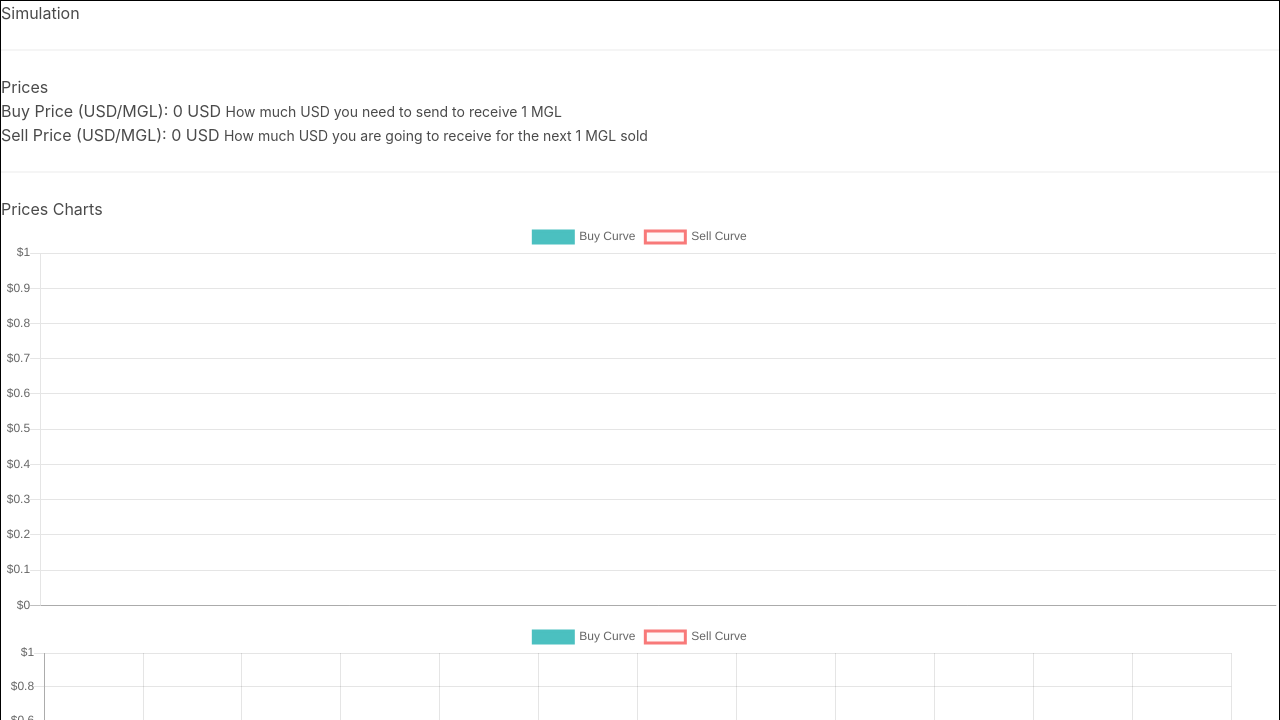
Repository: Fletch153/mogul-simulator
Page: /
The author's editor kept a copy of each file at every save. The page is drawn from the files as they stood at one save, then again after the next save.
The browser window is 1280 px wide. The pictures show the whole page.
The project was rebuilt for these pictures with package versions that can differ from the ones it lists, and the page was loaded fresh each time.

Above is the page before, as saved 2019-11-27 11:03:24.

After the next save:
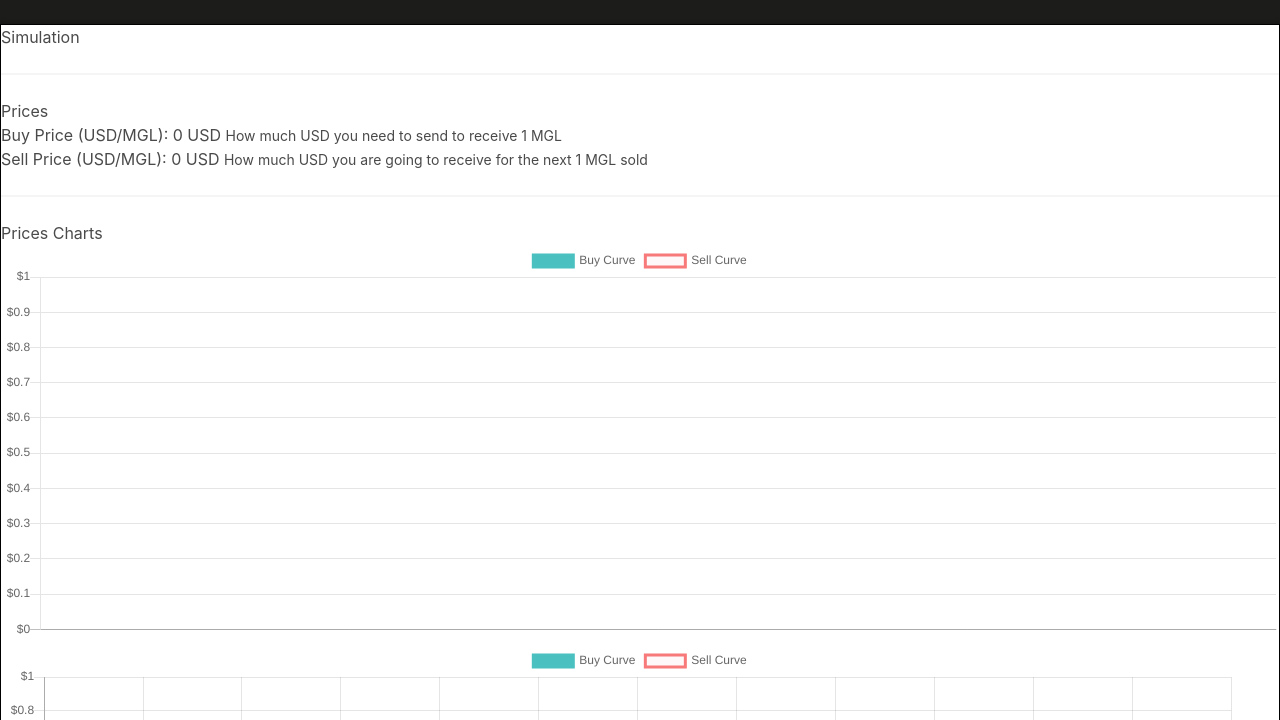
Saved 64 s later.
--- a/src/components/Simulator.vue
+++ b/src/components/Simulator.vue
@@ -1,5 +1,13 @@
 <template>
   <div class="mogul-corg">
+    <header class="level">
+      <div class="level-left logo">
+        <div class="logo-wrapper">
+          <Logo />
+        </div>
+      </div>
+      <div class="level-left simulate"></div>
+    </header>
     <div class="col-7 simulator">
       <div class="row">
         <div class="col-12">
@@ -250,6 +258,7 @@
 import Vue from "vue";
 import CurveChart from "@/components/CurveChart.vue";
 import numeral from "numeral";
+import { Logo } from '../assets/svg/logo';
 
 const DAI = 1000000000000000000; // 1 DAI
 const MGL = 1000000000000000000; // 1 MGL
